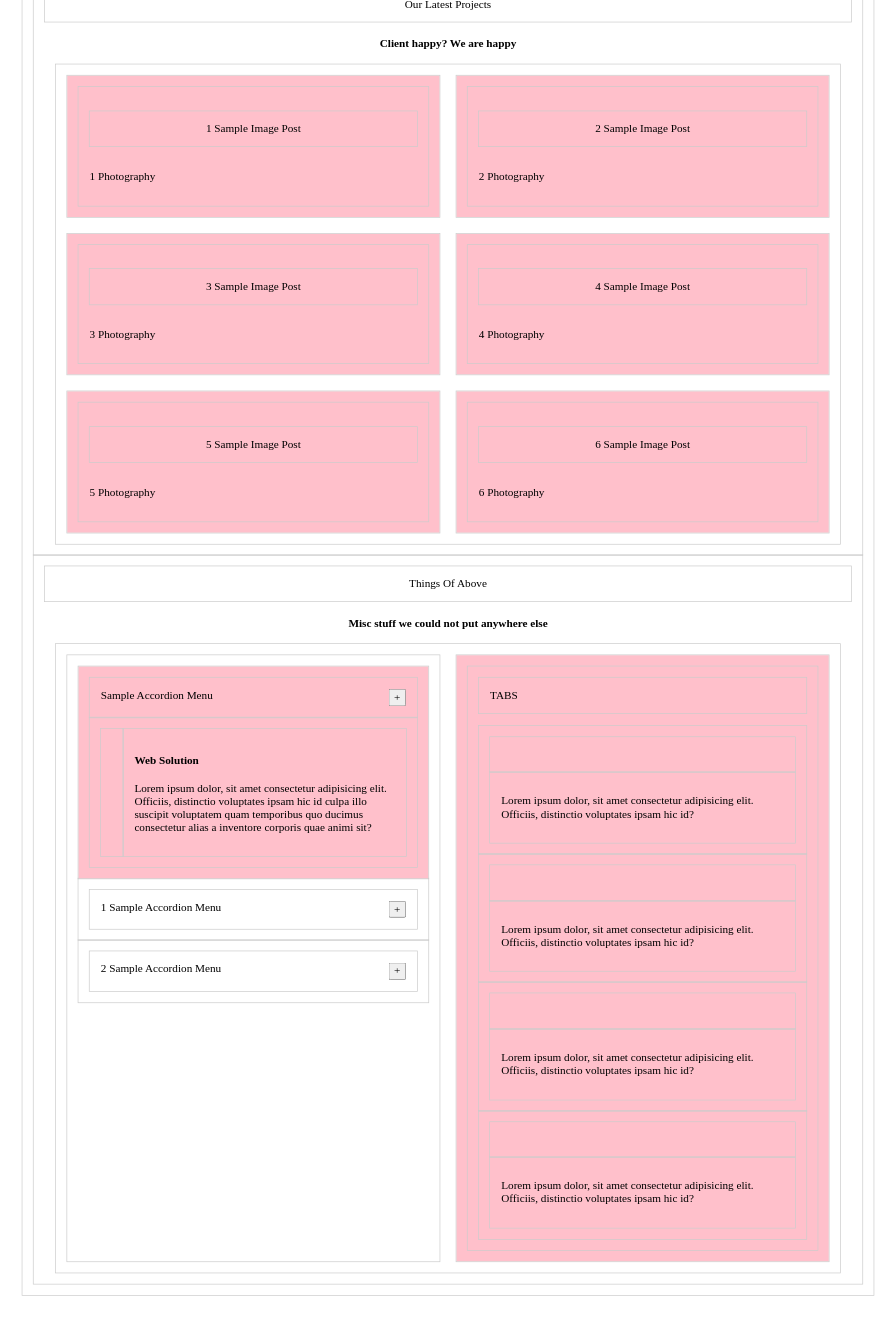
Repository: kionale/Project1_Lab3_ResponsiveLayout
Page: index.html
These files come from the project's save history. The page is drawn as it stood at one moment and after the next save; the edit follows.
The browser window is 1280 px wide. The pictures show the part of the page from y = 1690 to 3610 px (the page is 3572 px tall before and 3610 px after), at 70% of full size.

Above is the page before, as saved 2023-01-25 23:56:04.

### index.html
<!doctype html>
<html class="no-js" lang="">

<head>
  <meta charset="utf-8">
  <title></title>
  <meta name="description" content="">
  <meta name="viewport" content="width=device-width, initial-scale=1">

  <meta property="og:title" content="">
  <meta property="og:type" content="">
  <meta property="og:url" content="">
  <meta property="og:image" content="">

  <link rel="manifest" href="site.webmanifest">
  <link rel="apple-touch-icon" href="icon.png">
  <!-- Place favicon.ico in the root directory -->

  <link rel="stylesheet" href="css/normalize.css">
  <link rel="stylesheet" href="css/main.css">

  <meta name="theme-color" content="#fafafa">
</head>


<body class="page page-home">
  <header class="header page__header">
    <div class="row">
      <h1>Metrolics</h1>
      <a href=""><img src=""></a>
      <nav class="navbar-links">
        <ul>
          <a href="#">
            <li>Home</li>
          </a>
          <a href="">
            <li>Home</li>
          </a>
          <a href="">
            <li>Pages</li>
          </a>
          <a href="">
            <li>Blog</li>
          </a>
          <a href="">
            <li>Portfolio</li>
          </a>
          <a href="">
            <li>Home</li>
          </a>
        </ul>
      </nav>
    </div>

  </header>

  <div class="page__slider">
    <div class="row slides">
      <img src="" alt="">
    </div>
  </div>
  </div>

  <div class="page__intro">
    <h1 class="header page__heading">
      Hey guys! This is the <span>Metrolics</span> theme.<br>
      It sports a responsive layout with a mobile layout.
    </h1>
    <div class="subheading page_subheading">
      <h3>
        Things That We do
      </h3>
      <h5>Ask us what we can do for you</h5>

    </div>
    <div class="feature__service">
      <div class="row m-col-2 l-col-4">
        <div class="col">
          <img class="feature__servic__images" src="" alt="">
          <h4 class="heading feature__servic__title">Web Solution</h4>
          <p class="feature__servic__content">
            bbbhhha
          </p>
        </div>
        <div class="col">
          <img class="feature__servic__images" src="" alt="">
          <h4 class="heading feature__servic__title"></h4>
          <p class="feature__servic__content">
            bbbhhha
          </p>
        </div>
        <div class="col">
          <img class="feature__servic__images" src="" alt="">
          <h4 class="heading feature__servic__title"></h4>
          <p class="feature__servic__content">
            bbbhhha
          </p>
        </div>
        <div class="col">
          <img class="feature__servic__images" src="" alt="">
          <h4 class="heading feature__servic__title"></h4>
          <p class="feature__servic__content">
            bbbhhha
          </p>
        </div>


      </div>
    </div>
  </div>

  <!-- Main content starts here -->
  <main class="page__main">
    <section class="recent__work">
      <header class="header post__header">What's up lately?</header>
      <h4 class="subheading">Read up on our latest work</h4>
      <div class="row m-col-2 l-col-3">
        <div class="col">
          <div>
            <img src="" alt="">
            <header class="header recent__work__title">Sample image post</header><br>
            <p>Photography</p>
          </div>
        </div>
        <div class="col">
          <div>
            <img src="" alt="">
            <header class="header recent__work__title">Sample image post</header><br>
            <p>Photography</p>
          </div>
        </div>
        <div class="col">
          <div>
            <img src="" alt="">
            <header class="header recent__work__title">Sample image post</header><br>
            <p>Photography</p>
          </div>
        </div>
        <div class="col">
          <div>
            <img src="" alt="">
            <header class="header recent__work__title">Sample image post</header><br>
            <p>Photography</p>
          </div>
        </div>
      </div>
    </section>
    <!-- Our Latest Projests -->
    <section class="latest__projects">
      <header class="header latest__projects__header">Our Latest Projects</header>
      <h4 class="subheading">Client happy? We are happy</h4>
      <div class="row m-col-2 l-col-3">
        <div class="col">
          <div>
            <img src="" alt="">
            <header class="header latest__project__image">1 Sample image post</header><br>
            <p>1 Photography</p>
          </div>
        </div>
        <div class="col">
          <div>
            <img src="" alt="">
            <header class="header latest__project__image">2 Sample image post</header><br>
            <p>2 Photography</p>
          </div>
        </div>
        <div class="col">
          <div>
            <img src="" alt="">
            <header class="header latest__project__image">3 Sample image post</header><br>
            <p>3 Photography</p>
          </div>
        </div>
        <div class="col">
          <div>
            <img src="" alt="">
            <header class="header latest__project__image">4 Sample image post</header><br>
            <p>4 Photography</p>
          </div>
        </div>
        <div class="col">
          <div>
            <img src="" alt="">
            <header class="header latest__project__image">5 Sample image post</header><br>
            <p>5 Photography</p>
          </div>
        </div>
        <div class="col">
          <div>
            <img src="" alt="">
            <header class="header latest__project__image">6 Sample image post</header><br>
            <p>6 Photography</p>
          </div>
        </div>
      </div>
    </section>
    <!--Things of Above-->
    <section class="things__of__above">
      <header class="header things__header">Things of above</header>
      <h4 class="subheading">Misc stuff we could not put anywhere else</h4>
      <div class="row m-col-2 l-col-3">
        <div>
          <div class="col">
            <div class="sample__menu things_above_image">Sample Accordion Menu
              <button>+</button>
            </div>
            <div class="web__solution">
              <div>
                <img src="" alt="">
              </div>
              <div>
                <h4>Web Solution</h4>
                <p>Lorem ipsum dolor, sit amet consectetur adipisicing elit. Officiis, distinctio voluptates ipsam hic
                  id
                  culpa illo suscipit voluptatem quam temporibus quo ducimus consectetur alias a inventore corporis quae
                  animi sit?</p>
              </div>
            </div>
          </div>
          <div class="menu__button">
            <div class="col_two sample__menu things__above__image">1 Sample Accordion Menu
              <button>+</button>
            </div>
          </div>
          <div class="menu__button">
            <div class="col_two sample__menu things__above__image">2 Sample Accordion Menu
              <button>+</button>
            </div>
          </div>
        </div>
        <div class="col">
          <div>
            <header class="things__above__image">TABS</header><br>
            <div class="tab__information">
              <div>
                <img src="" alt="">
              </div>
              <div>
                <p>Lorem ipsum dolor, sit amet consectetur adipisicing elit. Officiis, distinctio voluptates ipsam hic
                  id?</p>
              </div>
            </div>
            <div class="tab__information">
              <div>
                <img src="" alt="">
              </div>
              <div>
                <p>Lorem ipsum dolor, sit amet consectetur adipisicing elit. Officiis, distinctio voluptates ipsam hic
                  id?</p>
              </div>
            </div>
            <div class="tab__information">
              <div>
                <img src="" alt="">
              </div>
              <div>
                <p>Lorem ipsum dolor, sit amet consectetur adipisicing elit. Officiis, distinctio voluptates ipsam hic
                  id?</p>
              </div>
            </div>
            <div class="tab__information">
              <div>
                <img src="" alt="">
              </div>
              <div>
                <p>Lorem ipsum dolor, sit amet consectetur adipisicing elit. Officiis, distinctio voluptates ipsam hic
                  id?</p>
              </div>
            </div>
          </div>
        </div>

      </div>
    </section>
  </main>


  <script src="js/vendor/modernizr-3.11.2.min.js"></script>
  <script src="js/plugins.js"></script>
  <script src="js/main.js"></script>

  <!-- Google Analytics: change UA-XXXXX-Y to be your site's ID. -->
  <script>
    window.ga = function () { ga.q.push(arguments) }; ga.q = []; ga.l = +new Date;
    ga('create', 'UA-XXXXX-Y', 'auto'); ga('set', 'anonymizeIp', true); ga('set', 'transport', 'beacon'); ga('send', 'pageview')
  </script>
  <script src="https://www.google-analytics.com/analytics.js" async></script>
</body>

</html>

### css/main.css
::-moz-selection {
  background: #b3d4fc;
  text-shadow: none;
}

::selection {
  background: #b3d4fc;
  text-shadow: none;
}

/*
 * A better looking default horizontal rule
 */

hr {
  display: block;
  height: 1px;
  border: 0;
  border-top: 1px solid #ccc;
  margin: 1em 0;
  padding: 0;
}

audio,
canvas,
iframe,
img,
svg,
video {
  vertical-align: middle;
}

/*
 * Remove default fieldset styles.
 */

fieldset {
  border: 0;
  margin: 0;
  padding: 0;
}

/*
 * Allow only vertical resizing of textareas.
 */

textarea {
  resize: vertical;
}

*,
*::before,
*::after {
  box-sizing: border-box;
}

div,
main,
section,
header,
footer {
  outline: 1px solid #ccc;
  min-height: 1rem;
  padding: 1rem;
}

.page {
  margin: 0 auto;
  padding: 2rem;
}

.header {
  text-transform: capitalize;
  text-align: center;
}

.subheading {
  text-align: center;
}

ul,
li {
  padding: 0;
  margin: 0;
  list-style: none;
}

.row {
  display: grid;
  row-gap: 1rem;
}

.row_two {
  display: grid;
  row-gap: 1rem;
}

.col {
  position: relative;
  background-color: pink;
}

/* medium screens and up  */
@media screen and (min-width: 40em) {
  .row {
    max-width: 70rem;
    column-gap: 1.5rem;
    row-gap: 1.5rem;
    margin: 0 auto;
  }

  .row_two {
    max-width: 70rem;
    column-gap: 1.5rem;
    row-gap: 1.5rem;
    margin: 0 auto;
  }

  .m-col-2 {
    grid-template-columns: 1fr 1fr;
  }

}


.examples {
  display: flex;
  justify-content: space-around;
}

.sample__menu {
  display: flex;
  justify-content: space-between;
}

.web__solution {
  display: flex;
}

### js/plugins.js
// Avoid `console` errors in browsers that lack a console.
(function() {
  var method;
  var noop = function () {};
  var methods = [
    'assert', 'clear', 'count', 'debug', 'dir', 'dirxml', 'error',
    'exception', 'group', 'groupCollapsed', 'groupEnd', 'info', 'log',
    'markTimeline', 'profile', 'profileEnd', 'table', 'time', 'timeEnd',
    'timeline', 'timelineEnd', 'timeStamp', 'trace', 'warn'
  ];
  var length = methods.length;
  var console = (window.console = window.console || {});

  while (length--) {
    method = methods[length];

    // Only stub undefined methods.
    if (!console[method]) {
      console[method] = noop;
    }
  }
}());

// Place any jQuery/helper plugins in here.

Loaded but not shown: css/normalize.css (library); js/vendor/modernizr-3.11.2.min.js (library); js/main.js (no stored copy; drawn as an empty file)

After the next save:
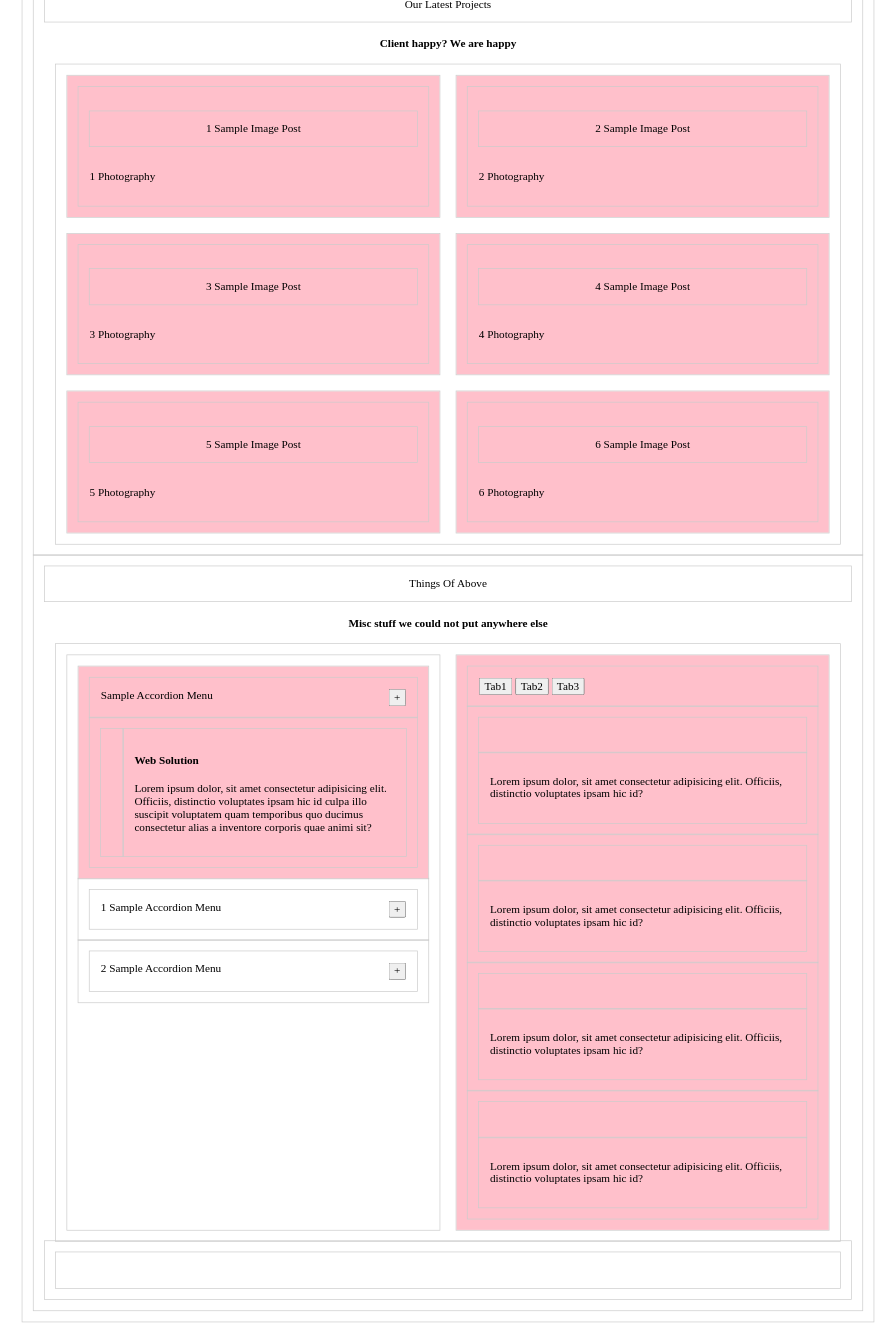
Saved 6 min 14 s later.
--- a/index.html
+++ b/index.html
@@ -229,47 +229,55 @@
           </div>
         </div>
         <div class="col">
-          <div>
-            <header class="things__above__image">TABS</header><br>
-            <div class="tab__information">
-              <div>
-                <img src="" alt="">
-              </div>
-              <div>
-                <p>Lorem ipsum dolor, sit amet consectetur adipisicing elit. Officiis, distinctio voluptates ipsam hic
-                  id?</p>
-              </div>
-            </div>
-            <div class="tab__information">
-              <div>
-                <img src="" alt="">
-              </div>
-              <div>
-                <p>Lorem ipsum dolor, sit amet consectetur adipisicing elit. Officiis, distinctio voluptates ipsam hic
-                  id?</p>
-              </div>
-            </div>
-            <div class="tab__information">
-              <div>
-                <img src="" alt="">
-              </div>
-              <div>
-                <p>Lorem ipsum dolor, sit amet consectetur adipisicing elit. Officiis, distinctio voluptates ipsam hic
-                  id?</p>
-              </div>
-            </div>
-            <div class="tab__information">
-              <div>
-                <img src="" alt="">
-              </div>
-              <div>
-                <p>Lorem ipsum dolor, sit amet consectetur adipisicing elit. Officiis, distinctio voluptates ipsam hic
-                  id?</p>
-              </div>
-            </div>
-          </div>
-        </div>
-
+          <div class="tab__buttons">
+            <button>Tab1</button>
+            <button>Tab2</button>
+            <button>Tab3</button>
+          </div>
+          <div class="tab__information">
+            <div>
+              <img src="" alt="">
+            </div>
+            <div>
+              <p>Lorem ipsum dolor, sit amet consectetur adipisicing elit. Officiis, distinctio voluptates ipsam hic
+                id?</p>
+            </div>
+          </div>
+          <div class="tab__information">
+            <div>
+              <img src="" alt="">
+            </div>
+            <div>
+              <p>Lorem ipsum dolor, sit amet consectetur adipisicing elit. Officiis, distinctio voluptates ipsam hic
+                id?</p>
+            </div>
+          </div>
+          <div class="tab__information">
+            <div>
+              <img src="" alt="">
+            </div>
+            <div>
+              <p>Lorem ipsum dolor, sit amet consectetur adipisicing elit. Officiis, distinctio voluptates ipsam hic
+                id?</p>
+            </div>
+          </div>
+          <div class="tab__information">
+            <div>
+              <img src="" alt="">
+            </div>
+            <div>
+              <p>Lorem ipsum dolor, sit amet consectetur adipisicing elit. Officiis, distinctio voluptates ipsam hic
+                id?</p>
+            </div>
+          </div>
+        </div>
+
+      </div>
+      <!--Sponsors-->
+      <div class="sponsors">
+        <div>
+          <img src="" alt="">
+        </div>
       </div>
     </section>
   </main>
